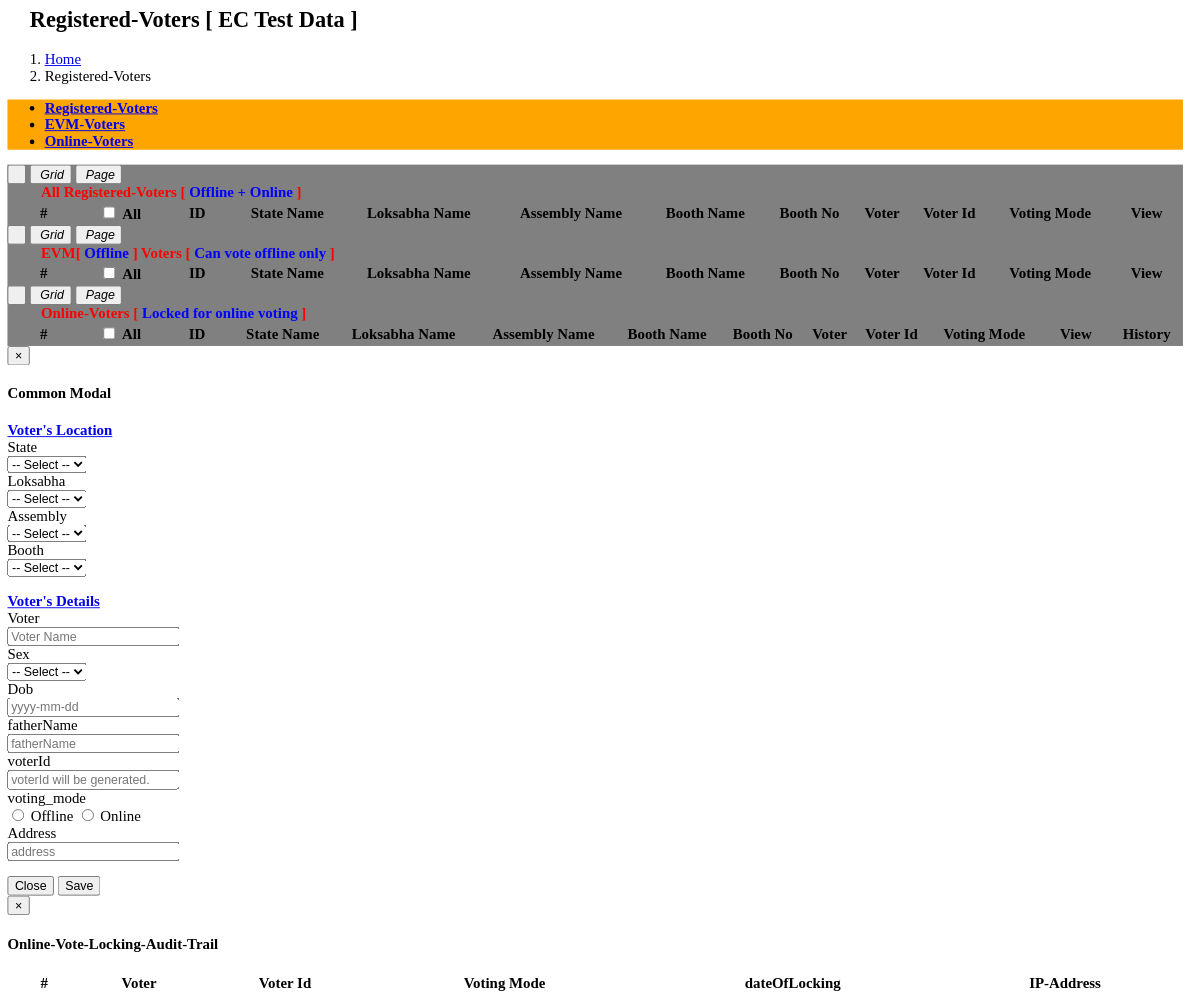
Repository: sanjeev167/IndiaOnLineVoting_3112020
Page: http://localhost/IndiaOnLineVoting/WEB-INF/jsp/ec/voters.jsp
These files come from the project's save history. The page is drawn as it stood at one moment and after the next save; the edit follows.
The browser window is 1280 px wide. The pictures show the whole page, at 93% of full size.
The page is served by Tomcat 9. Nobody is signed in. The template is opened directly, without the code that normally fills it, so the values that code supplies are empty.

Above is the page before, as saved 2020-10-29 19:37:56.
Console error: TypeError: $(...).DataTable is not a function

After the next save:
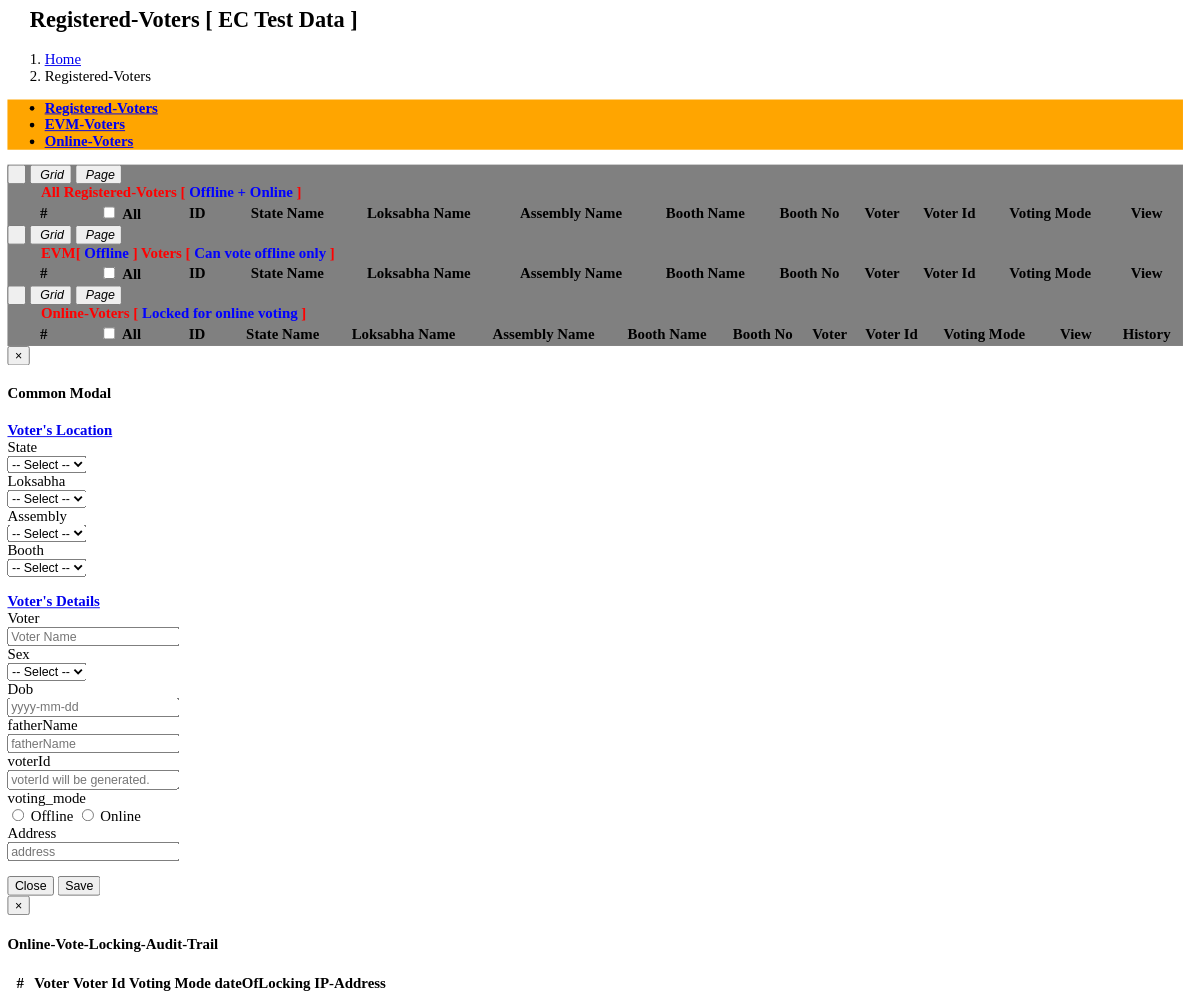
Saved 69 s later.
--- a/IndiaOnLineVoting/src/main/webapp/WEB-INF/jsp/ec/voters.jsp
+++ b/IndiaOnLineVoting/src/main/webapp/WEB-INF/jsp/ec/voters.jsp
@@ -401,7 +401,7 @@
 			</div>
 			<div class="modal-body">
 				<div class="box-body ">
-					<table id="auditTrailTableId" width="100%"
+					<table id="auditTrailTableId"
 						class="table table-striped table-bordered table-hover table-condensed dt-responsive data-table">
 						<thead>
 							<tr>
